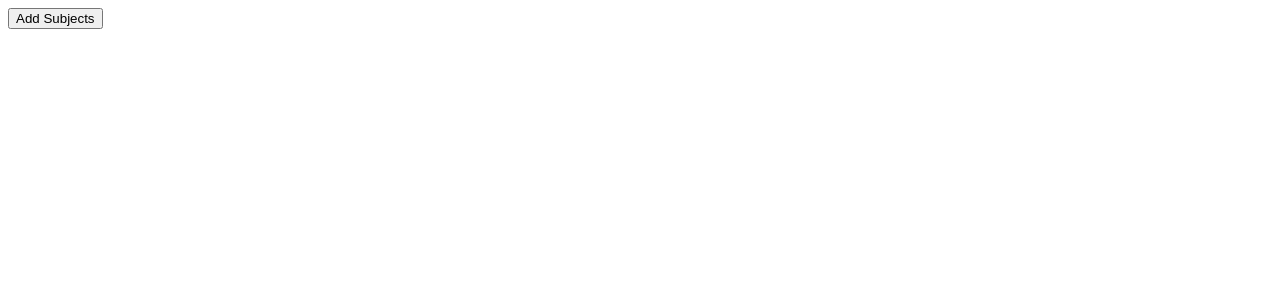
Repository: shubhamsingh331/Learners_Academy
Page: http://localhost/LearnersAcademy/Department/Edit.jsp
These files come from the project's save history. The page is drawn as it stood at one moment and after the next save; the edit follows.
The browser window is 1280 px wide. The pictures show the whole page.
The page is served by Tomcat 9.

Above is the page before, as saved 2023-10-11 04:08:26.

After the next save:
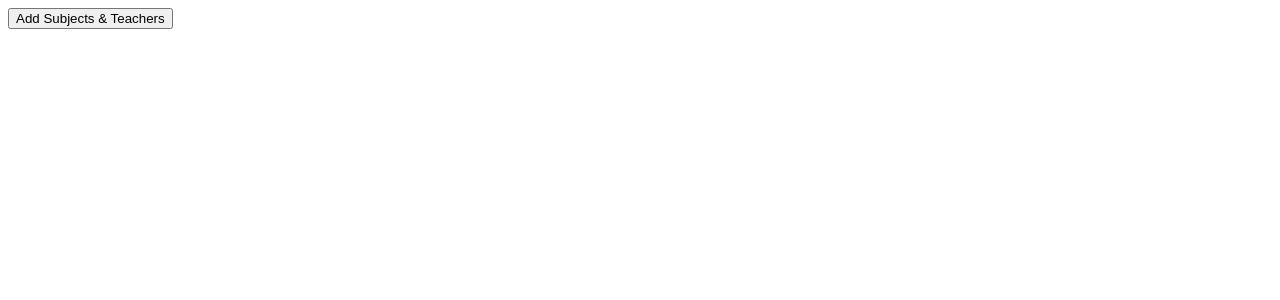
Saved 28 min 58 s later.
--- a/LearnersAcademy/src/main/webapp/Department/Edit.jsp
+++ b/LearnersAcademy/src/main/webapp/Department/Edit.jsp
@@ -18,7 +18,7 @@
 <body>
 <form action="EditController.jsp" method="post">
 <input type="hidden" name="dept" value="<%=request.getParameter("dept")%>">
-<input type="submit" value="Add Subjects">
+<input type="submit" value="Add Subjects & Teachers">
 </form>
 </body>
 </html>
